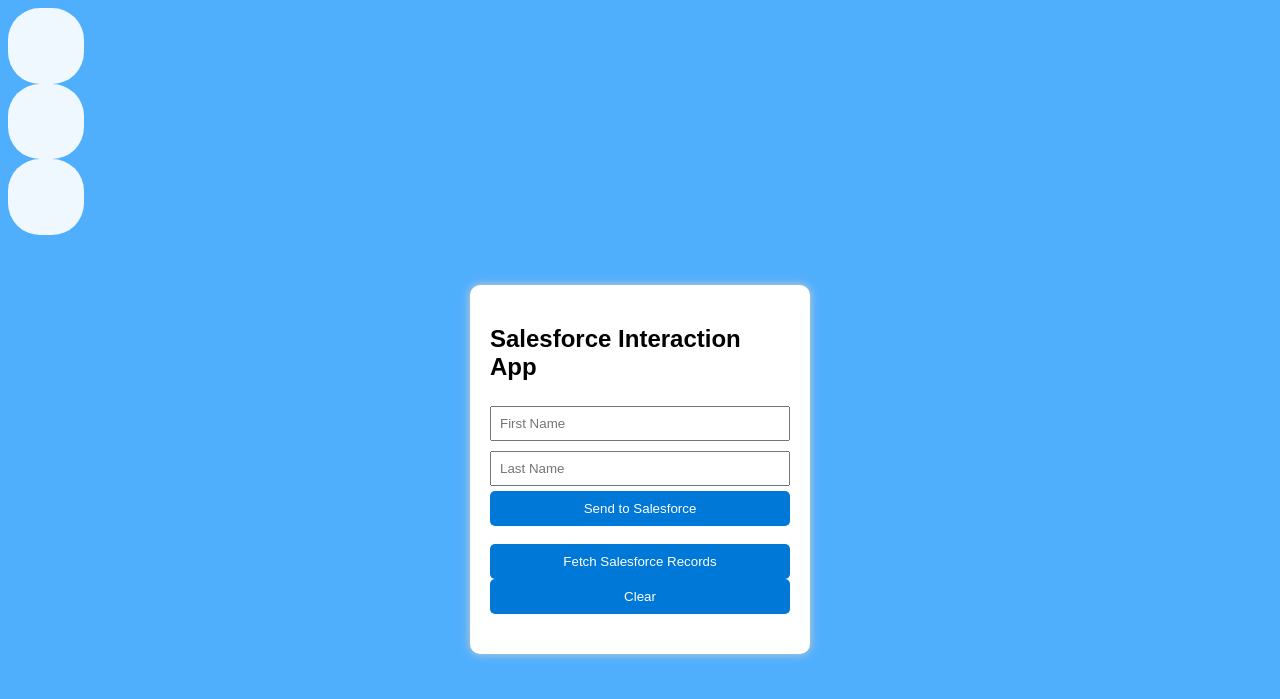
Repository: PamodaW/SalesforceSync
Page: Client/index.html
The author's editor kept a copy of each file at every save. The page is drawn from the files as they stood at one save, then again after a run of saves.
The browser window is 1280 px wide. The pictures show the whole page.

Above is the page before, as saved 2024-11-20 15:28:31.

### Client/index.html
<!DOCTYPE html>
<html lang="en">
<head>
    <meta charset="UTF-8">
    <meta name="viewport" content="width=device-width, initial-scale=1.0">
    <link rel="stylesheet" href="style.css">
    <title>Salesforce Web App</title>
</head>
<body>
    <div class="Clouds"></div>
    <div class="Clouds"></div>
    <div class="Clouds"></div>
    <div class="container">
        <h2>Salesforce Interaction App</h2>
        <form id="salesforceForm">
            <input type="text" id="firstName" placeholder="First Name" required>
            <input type="text" id="lastName" placeholder="Last Name" required>
            <br/>
            <button type="button" onclick="createRecord()">Send to Salesforce</button>
        </form>
        <br/>
        <button onclick="fetchRecords()">Fetch Salesforce Records</button>
        <br>
        <button onclick="ClearArea()">Clear</button>
        <div id="output"></div>
    </div>
    <script src="script.js"></script>
</body>
</html>

### Client/style.css
body {
    font-family: Arial, sans-serif;
    background-color: #50affd;
}

.container {
    width: 300px;
    margin: 50px auto;
    padding: 20px;
    background: white;
    border-radius: 10px;
    box-shadow: 0 0 10px #ccc;
}

input {
    width: 100%;
    padding: 8px;
    margin: 5px 0;
    box-sizing: border-box;
}

button {
    width: 100%;
    padding: 10px;
    background: #0078d7;
    color: white;
    border: none;
    border-radius: 5px;
    cursor: pointer;
}

button:hover {
    background: #0056a6;
}

#output {
    margin-top: 20px;
}

.Clouds{
    background-color: aliceblue;
    width: 2cm;
    height: 2cm;
    border-radius: 2rem;
    border: black 2px ;
    margin-inline-end: 3cm;
}

.Clouds:hover{
    background-color: #50affd;

}

### Client/script.js
const consumerKey = "3MVG9DREgiBqN9Wn1tmI.eQb32fXpKrWsCOiPp9anMP.XOEs3Rv7Ic_w7Q17wlZtloetkekoWTk5wvuYA8eFB";
const consumerSecret = "A0E8A1E3413392B2C6332CBA430EEA0D6A9BF24CEB56DDAEEF33126583276774";
const username = "pamodaw@gmail.com";
const password = "Pamzi2020yBm8RGuqKhuSUMUayOxBCQAk";

let accessToken = "";

async function authenticate() {
    try {
        const response = await fetch('http://localhost:3000/authenticate', {
            method: 'POST',
            headers: {
                'Content-Type': 'application/json',
            },
        });

        const data = await response.json();
        if (data.access_token) {
            accessToken = data.access_token;
            instanceUrl = data.instance_url;
            console.log('Authenticated successfully');
        } else {
            console.error('Authentication failed', data);
            alert("Authentication failed: " + JSON.stringify(data));
        }
    } catch (error) {
        console.error('Error during authentication', error);
    }
}


// Step 2: Create a Record in Salesforce
// Assuming the accessToken and instanceUrl are set after authentication

async function createRecord() {
    if (!accessToken || !instanceUrl) {
        await authenticate();
    }

    if (accessToken && instanceUrl) {
        const firstName = document.getElementById("firstName").value;
        const lastName = document.getElementById("lastName").value;

        const newContact = {
            FirstName: firstName,
            LastName: lastName,
        };

        try {
            const response = await fetch('http://localhost:3000/createContact', {  // Matches the server port
                method: 'POST',
                headers: {
                    'Content-Type': 'application/json',
                },
                body: JSON.stringify({
                    accessToken: accessToken,
                    instanceUrl: instanceUrl,
                    contactData: newContact,
                }),
            });

            const data = await response.json();

            if (data.id) {
                console.log('Contact created successfully', data);
                alert(`Contact created successfully: ${data.id}`);
            } else {
                console.error('Failed to create contact', data);
                alert("Failed to create contact: " + JSON.stringify(data));
            }
        } catch (error) {
            console.error('Error during contact creation', error);
        }
    } else {
        console.error('Authentication failed. Cannot create record.');
    }
}



// Step 3: Fetch Records from Salesforce
async function fetchRecords() {
    if (!accessToken || !instanceUrl) {
        await authenticate();
    }

    if (accessToken && instanceUrl) {
        try {
            const response = await fetch('http://localhost:3000/getContacts', {
                method: 'POST',
                headers: {
                    'Content-Type': 'application/json',
                },
                body: JSON.stringify({
                    accessToken: accessToken,
                    instanceUrl: instanceUrl,
                }),
            });

            const contacts = await response.json();

            if (Array.isArray(contacts)) {
                console.log('Contacts fetched successfully:', contacts);
                let output = "<h3>Fetched Contacts:</h3>";
                contacts.forEach(contact => {
                    output += `<p>${contact.FirstName} ${contact.LastName}</p>`;
                });
                document.getElementById('output').innerHTML = output;
            } else {
                console.error('Failed to fetch contacts', contacts);
                alert("Failed to fetch contacts: " + JSON.stringify(contacts));
            }
        } catch (error) {
            console.error('Error during contact fetch', error);
        }
    } else {
        console.error('Authentication failed. Cannot fetch contacts.');
    }
}

//clear the Area
async function ClearArea(){
    document.getElementById('output')
            .innerHTML = "";
}

After the next 4 saves:
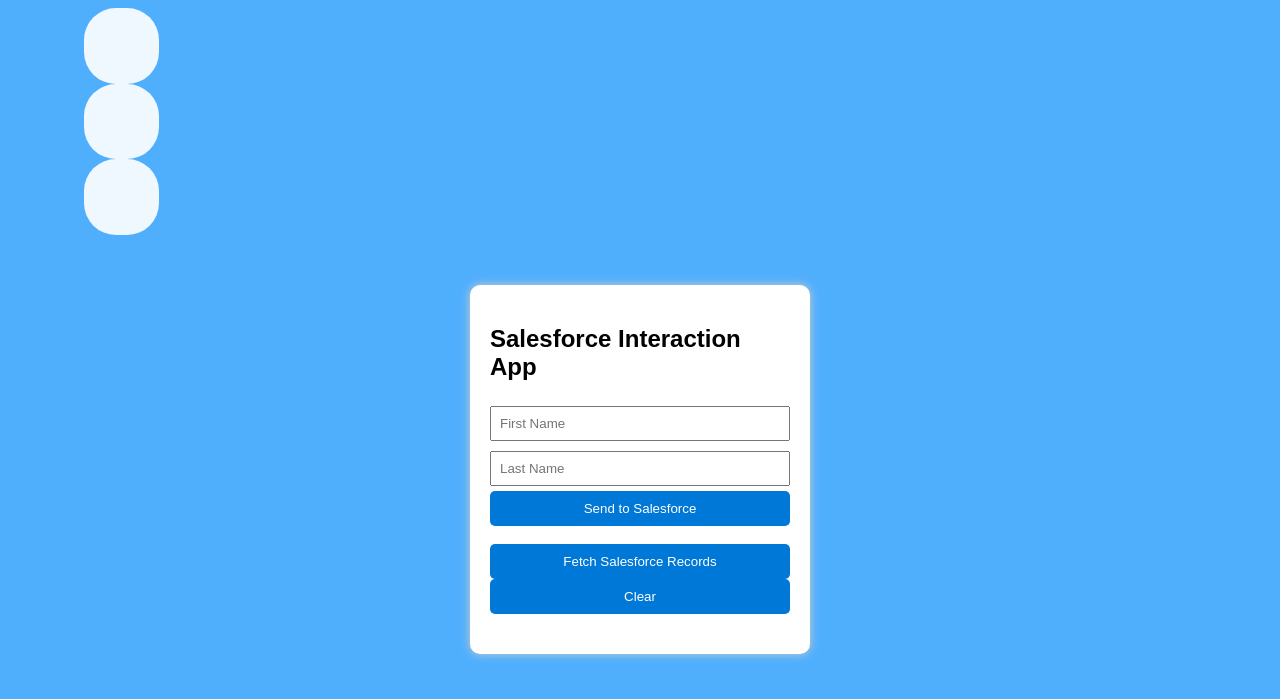
The 4 saves are shown as one change because they came seconds apart.
The last was saved 12 s later.
--- a/Client/style.css
+++ b/Client/style.css
@@ -43,7 +43,7 @@
     height: 2cm;
     border-radius: 2rem;
     border: black 2px ;
-    margin-inline-end: 3cm;
+   margin-left: 2cm;
 }
 
 .Clouds:hover{
